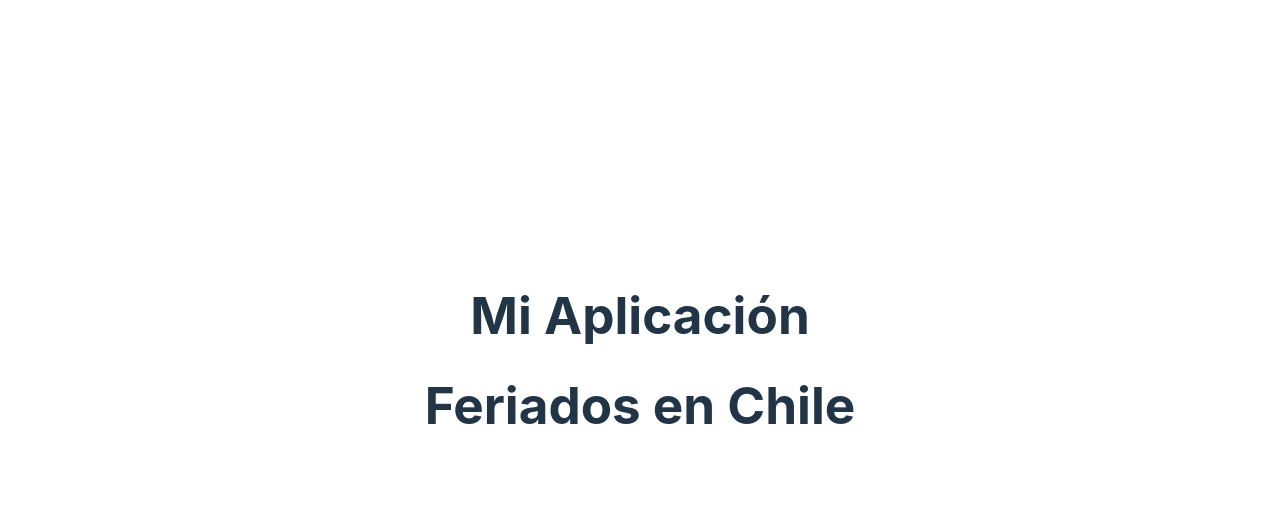
Repository: cvalenciapatagonia/Desafio-4-React-I
Page: /
These files come from the project's save history. The page is drawn as it stood at one moment and after the next save; the edit follows.
The browser window is 1280 px wide. The pictures show the whole page.
The page's requests for data from a server got no answer. The project was rebuilt for these pictures with package versions that can differ from the ones it lists, and the page was loaded fresh each time. No one was signed in, and anything a server would have sent is missing. Also part of the build but not shown: vite.config.js.

Above is the page before, as saved 2023-09-07 12:46:00.

After the next save:
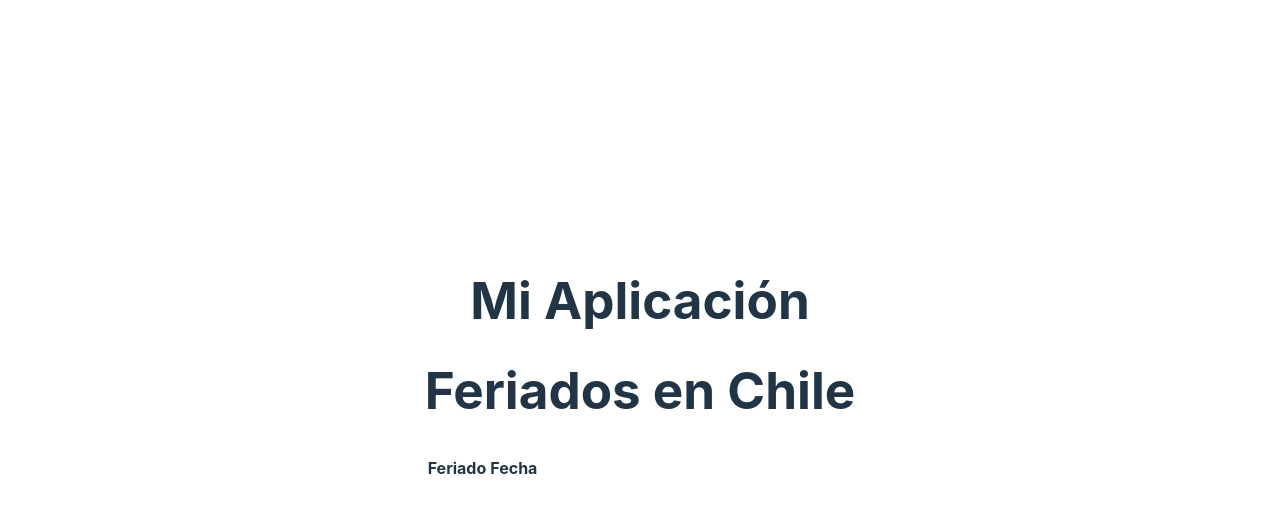
Saved 15 min 11 s later.
--- a/src/components/MiApi.jsx
+++ b/src/components/MiApi.jsx
@@ -20,13 +20,22 @@ function MiApi({ apiURL }) {
   return (
     <div className="MiApi">
       <h1>Feriados en Chile</h1>
-      <ul>
-        {holidays.map((holiday) => (
-          <li key={holiday.date}>
-            <strong>{holiday.title}</strong> ({holiday.date})
-          </li>
-        ))}
-      </ul>
+      <table>
+        <thead>
+          <tr>
+            <th>Feriado</th>
+            <th>Fecha</th>
+          </tr>
+        </thead>
+        <tbody>
+          {holidays.map((holiday) => (
+            <tr key={holiday.date}>
+              <td>{holiday.title}</td>
+              <td>{holiday.date}</td>
+            </tr>
+          ))}
+        </tbody>
+      </table>
     </div>
   );
 }
